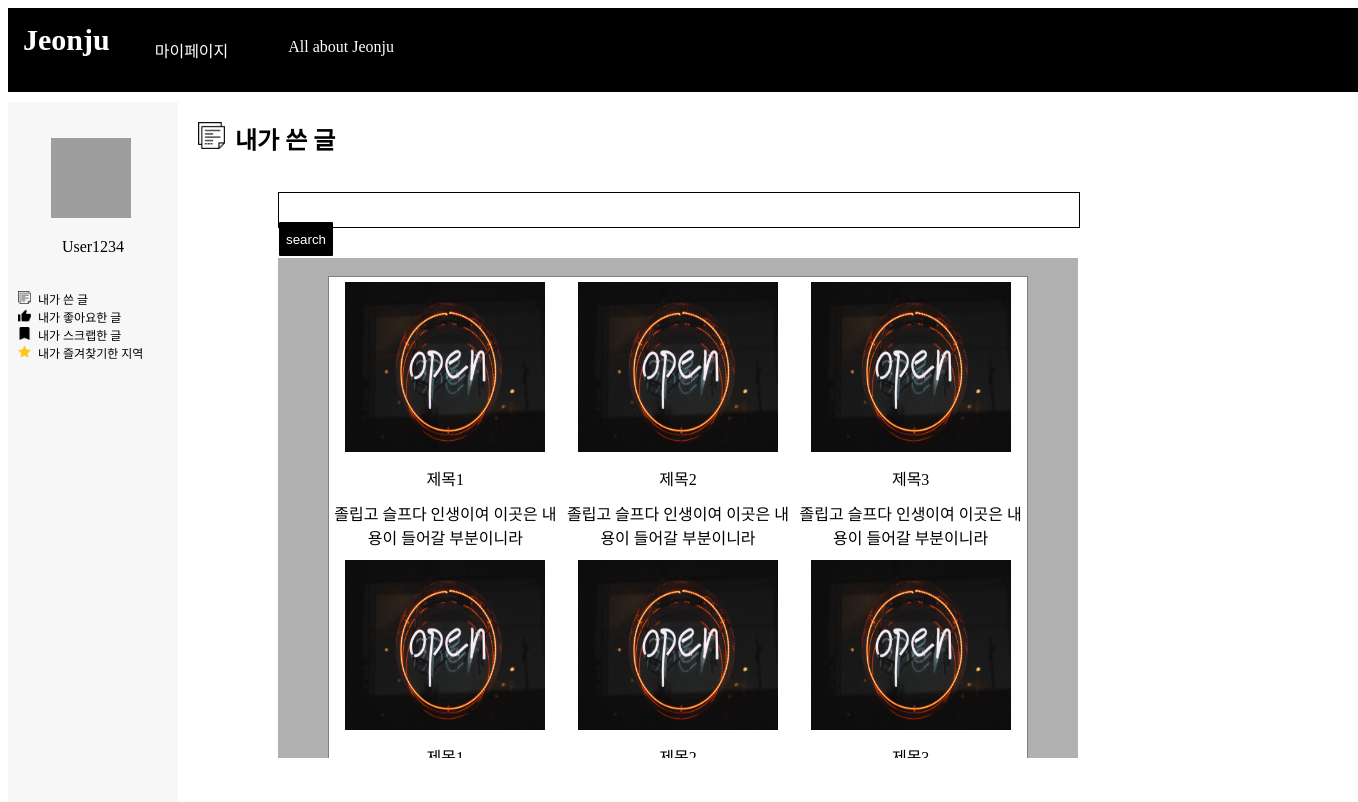
Repository: wka99/WEB-PROJECT
Page: http://localhost/Jeonju/UserPage.html
These files come from the project's save history. The page is drawn as it stood at one moment and after the next save; the edit follows.
The browser window is 1280 px wide. The page is 1358 px wide, so the pictures cover 1358 px, including what lies to the right of the window. The pictures show the whole page.
Pictures or frames that could not be fetched are drawn as grey boxes. An inner scrolling area shows only its first screen. Some web libraries are served in a nearby version. The page is served by Tomcat 9.

Above is the page before, as saved 2018-12-03 08:15:02.

After the next save:
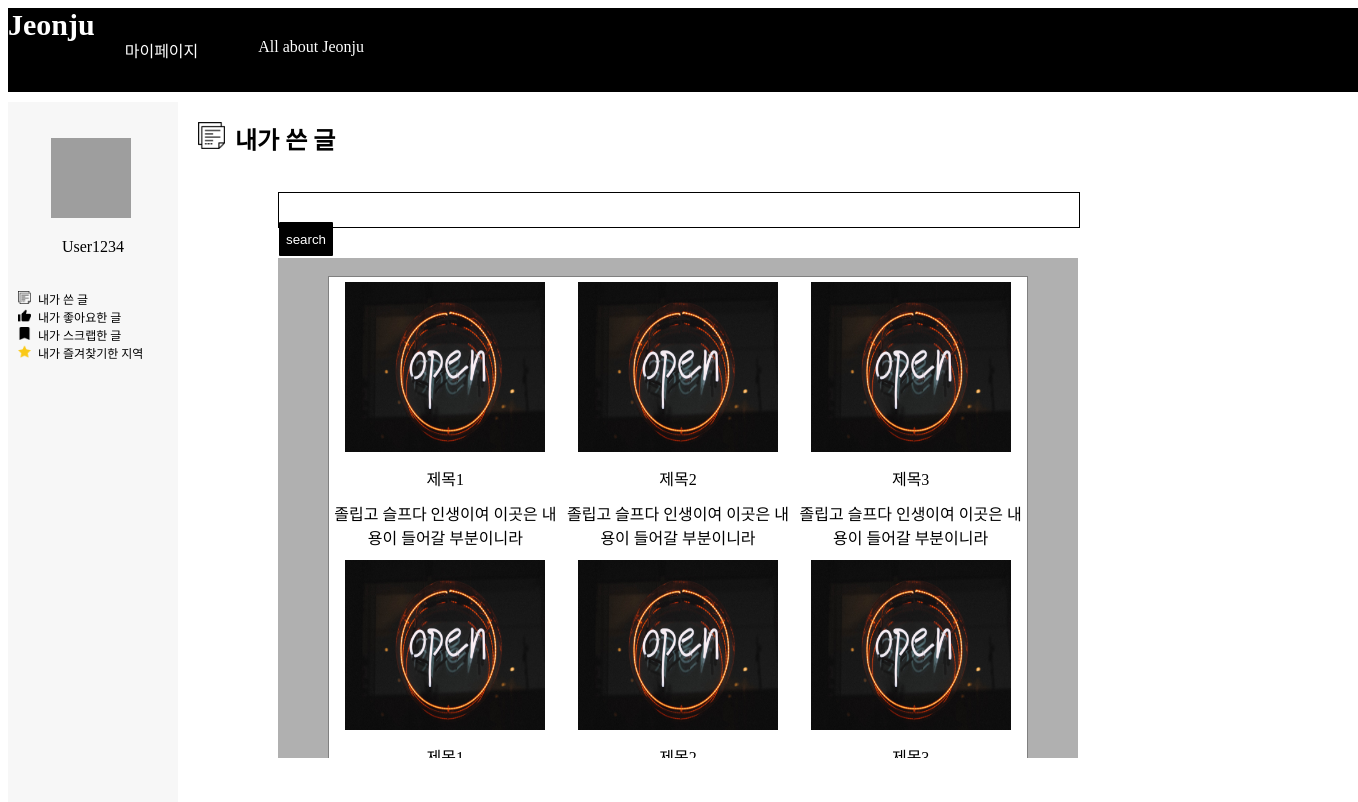
Saved 13 s later.
--- a/Jeonju/WebContent/NewFile.css
+++ b/Jeonju/WebContent/NewFile.css
@@ -30,7 +30,7 @@
     	display:block;
     	color:white;
     	text-align:center;
-    	padding:15px;
+
     	text-decoration:none;
     	font-size:30px;
     }

After the save that followed:
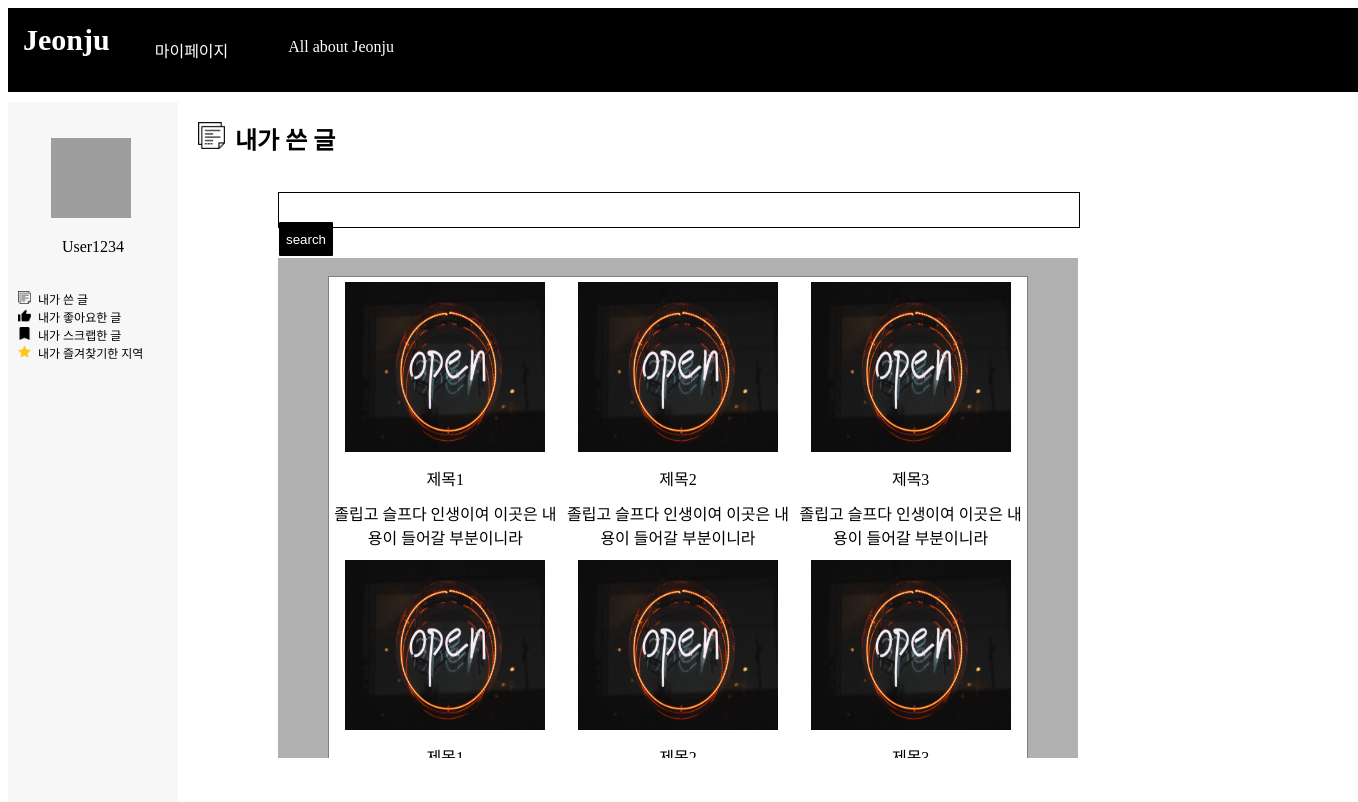
Saved 8 s later.
--- a/Jeonju/WebContent/NewFile.css
+++ b/Jeonju/WebContent/NewFile.css
@@ -30,7 +30,7 @@
     	display:block;
     	color:white;
     	text-align:center;
-
+    	padding:15px;
     	text-decoration:none;
     	font-size:30px;
     }
